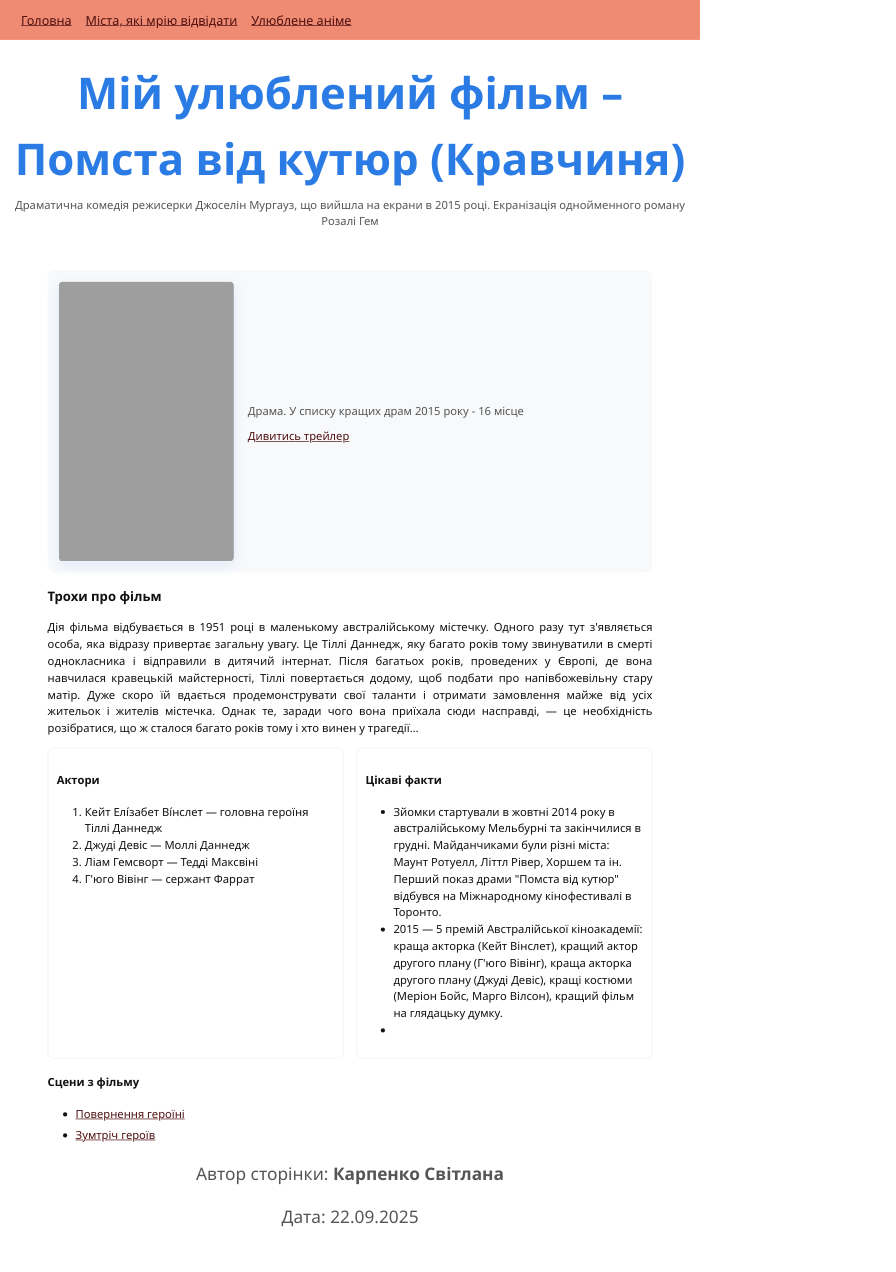
Repository: alexandrastarovoyda-star/homework_info
Page: Mainpr/pr5/html/anime.html
The author's editor kept a copy of each file at every save. The page is drawn from the files as they stood at one save, then again after the next save.
The browser window is 1280 px wide. The pictures show the part of the page from y = 0 to 1920 px (the page is 1817 px tall before and 2844 px after), at 70% of full size.
Pictures or frames that could not be fetched are drawn as grey boxes.

Above is the page before, as saved 2026-04-01 14:12:32.

### Mainpr/pr5/html/anime.html
<!DOCTYPE html>
<html lang="uk">
<head>
  <meta charset="utf-8">
  <meta name="viewport" content="width=device-width,initial-scale=1">
  <title>Мій улюблений фільм — Моя сторінка</title>
  <link rel="stylesheet" href="../css/anime.css">
  <link rel="stylesheet" href="../css/all.css">
  <style type="text/css">
    body {
      width: 1000px;
      font-size: 16px;
    }
	</style>
</head>
<body>
    <div id="navbar"></div>
  <header class="site-header">
    <h1>Мій улюблений фільм – Помста від кутюр (Кравчиня)</h1>
    <p class="subtitle">Драматична комедія режисерки Джоселін Мургауз, що вийшла на екрани в 2015 році. Екранізація однойменного роману Розалі Гем</p>
  </header>

  <main class="container">
    <section class="hero">
      <img src="https://upload.wikimedia.org/wikipedia/uk/f/fa/The_Dressmaker_film_poster.jpg" alt="Постер фільму" class="poster">
      <div class="meta">
       <p class="tagline"> Драма. У списку кращих драм 2015 року - 16 місце </p>
       <a href="https://www.youtube.com/watch?v=mZytWngIwwk" target="_blank" rel="noopener">Дивитись трейлер</a>
      </div>
    </section>
    <section class="about">
      <h3>Трохи про фільм</h3>
      <p align= 'justify'>Дія фільма відбувається в 1951 році в маленькому австралійському містечку. Одного разу тут з'являється особа, яка відразу привертає загальну увагу.
	  Це Тіллі Даннедж, яку багато років тому звинуватили в смерті однокласника і відправили в дитячий інтернат.
	  Після багатьох років, проведених у Європі, де вона навчилася кравецькій майстерності, Тіллі повертається додому, щоб подбати про напівбожевільну стару матір.
	  Дуже скоро їй вдається продемонструвати свої таланти і отримати замовлення майже від усіх жительок і жителів містечка.
	  Однак те, заради чого вона приїхала сюди насправді, — це необхідність розібратися, що ж сталося багато років тому і хто винен у трагедії…</p>
    </section>
    <section class="casts-links">
      <div class="casts">
        <h4>Актори</h4>
        <ol>
          <li>Кейт Елі́забет Ві́нслет — головна героїня Тіллі Даннедж </li>
		  <li>Джуді Девіс — Моллі Даннедж</li>
          <li>Ліам Гемсворт — Тедді Максвіні</li>
          <li>Г'юго Вівінг — сержант Фаррат</li>
        </ol>
      </div>
      <div class="facts">
        <h4>Цікаві факти</h4>
        <ul>
          <li>Зйомки стартували в жовтні 2014 року в австралійському Мельбурні та закінчилися в грудні. Майданчиками були різні міста: Маунт Ротуелл, Літтл Рівер, Хоршем та ін. Перший показ драми "Помста від кутюр" відбувся на Міжнародному кінофестивалі в Торонто.</li>
          <li>2015 — 5 премій Австралійської кіноакадемії: краща акторка (Кейт Вінслет), кращий актор другого плану (Г'юго Вівінг), краща акторка другого плану (Джуді Девіс), кращі костюми (Меріон Бойс, Марго Вілсон), кращий фільм на глядацьку думку. </li>
          <li></li>
        </ul>
      </div>
    </section>
    <section class="scenes">
      <h4>Сцени з фільму</h4>
      <ul class="scene-list">
        <li><a href="https://images.kinorium.com/movie/shot/703172/w1500_49369877.jpg" target="_blank">Повернення героїні</a></li>
        <li><a href="https://images.kinorium.com/movie/shot/703172/w1500_1266344.jpg" target="_blank">Зумтріч героїв</a></li>
          </ul>
    </section>
    <footer class="page-footer">
      <p>Автор сторінки: <strong> Карпенко Світлана </strong></p>
      <p>Дата: <time datetime="2025-10-22">22.09.2025</time></p>
    </footer>
  </main>
  <script src="../js/navbar2.js"></script>
</body>
</html>

### Mainpr/pr5/css/anime.css

:root{
  --bg:#ffffff;
  --accent:#2b7be4;
  --text:#111;
  --muted:#555;
  --card:#f8f9fb;
  --maxw:900px;
  --radius:10px;
  font-size:26px;
  font-family: "Segoe UI", Roboto, Arial, sans-serif;
}
*{box-sizing:border-box}
body{
  margin:0;
  background:var(--bg);
  color:var(--text);
  line-height:1.5;
  -webkit-font-smoothing:antialiased;
}
.container{
  max-width:var(--maxw);
  margin:18px auto;
  padding:18px;
}
.site-header{
  text-align:center;
  padding:28px 12px 6px;
}
.site-header h1{
  margin:0;
  color:var(--accent);
  font-size:2.4rem;
}
.subtitle{
  margin:8px 0 0;
  color:var(--muted);
}

.hero{
  display:flex;
  gap:20px;
  align-items:center;
  background:var(--card);
  padding:16px;
  border-radius:var(--radius);
  margin:16px 0;
  flex-wrap:wrap;
}
.poster{
  width:250px;
  height:400px;
  object-fit:cover;
  border-radius:6px;
  box-shadow:0 6px 18px rgba(43,123,228,0.12);
}
.meta{
  flex:1;
  min-width:220px;
}
.meta h2{
  margin:0 0 6px;
  font-size:1.2rem;
}
.meta span{color:var(--accent)}
.tagline{color:var(--muted); margin:6px 0 12px}
.btn{
  display:inline-block;
  padding:10px 14px;
  background:var(--accent);
  color:#fff;
  text-decoration:none;
  border-radius:8px;
  font-weight:600;
}

.about, .casts-links, .scenes{
  margin:16px 0;
}
.casts-links{
  display:flex;
  gap:18px;
  flex-wrap:wrap;
}
.casts, .facts{
  flex:1;
  min-width:230px;
  background:#fff;
  padding:12px;
  border-radius:8px;
  border:1px solid #eee;
}
.scene-list li{margin:6px 0}
.page-footer{
  text-align:center;
  margin-top:20px;
  color:var(--muted);
  font-size:0.95rem;
}

/* Адаптив */
@media (max-width:680px){
  .hero{flex-direction:column; align-items:center}
  .poster{width:160px; height:230px}
  .container{padding:12px}
}

### Mainpr/pr5/css/all.css
.navbar {
    display: flex;
    gap: 20px;
    background-color: rgba(238, 128, 101, 0.911);;
    padding: 15px 30px;
}

.navbar a {
    font-size: 18px;
}
a {
    color: rgb(80, 17, 17);
}
a:hover {
    color: brown;
}

### Mainpr/pr5/js/navbar2.js
const nav = document.createElement('nav');
nav.className = 'navbar';

const links = [
    { text: 'Головна', href: '../index.html' },
    { text: 'Міста, які мрію відвідати', href: 'city.html' },
    { text: 'Улюблене аніме', href: 'anime.html' }
];

links.forEach(link => {
    const a = document.createElement('a');
    a.textContent = link.text;
    a.href = link.href;
    nav.appendChild(a);
});

document.getElementById('navbar').appendChild(nav);

After the next save:
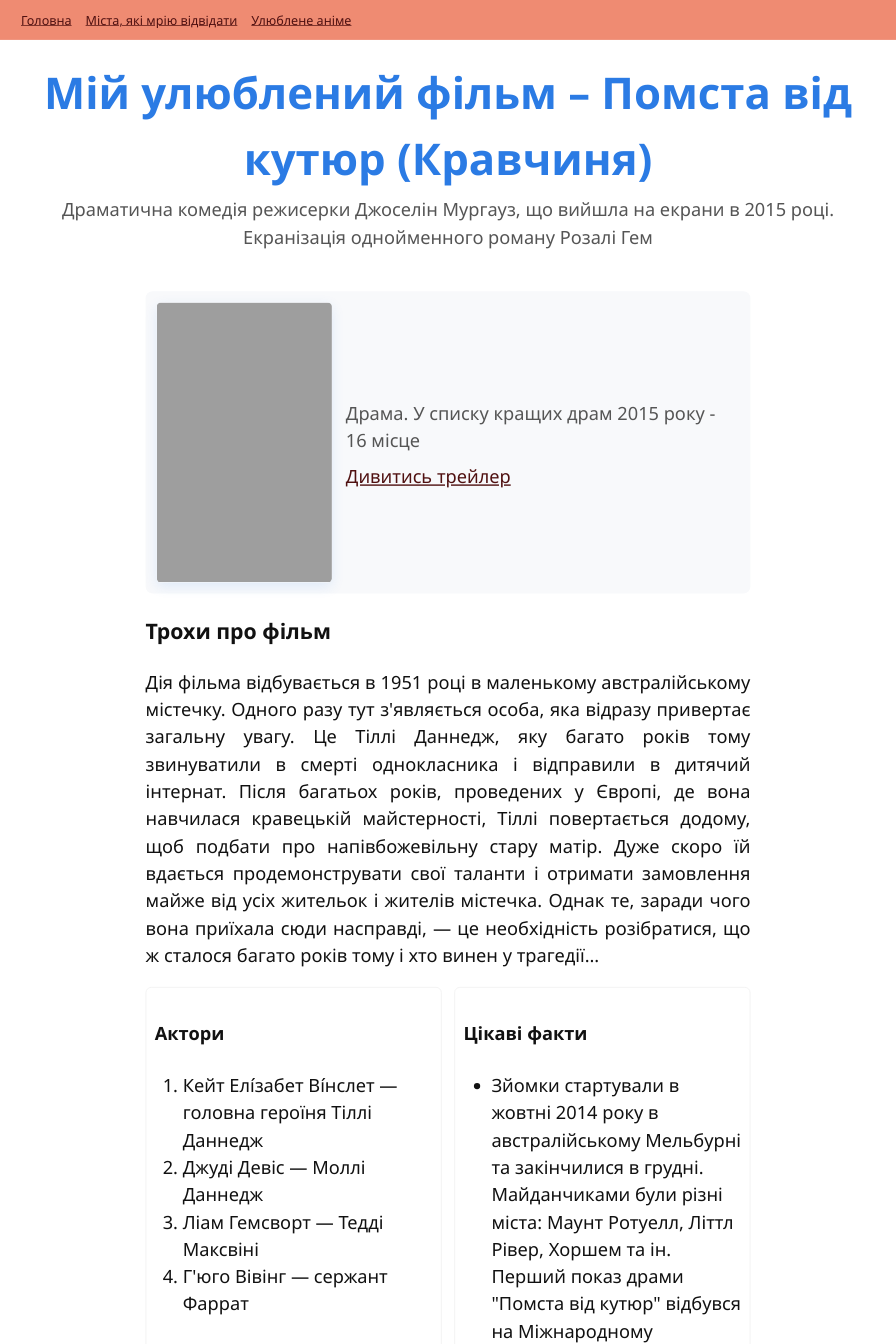
Saved 30 s later.
--- a/Mainpr/pr5/html/anime.html
+++ b/Mainpr/pr5/html/anime.html
@@ -6,12 +6,6 @@
   <title>Мій улюблений фільм — Моя сторінка</title>
   <link rel="stylesheet" href="../css/anime.css">
   <link rel="stylesheet" href="../css/all.css">
-  <style type="text/css">
-    body {
-      width: 1000px;
-      font-size: 16px;
-    }
-	</style>
 </head>
 <body>
     <div id="navbar"></div>

After the save that followed:
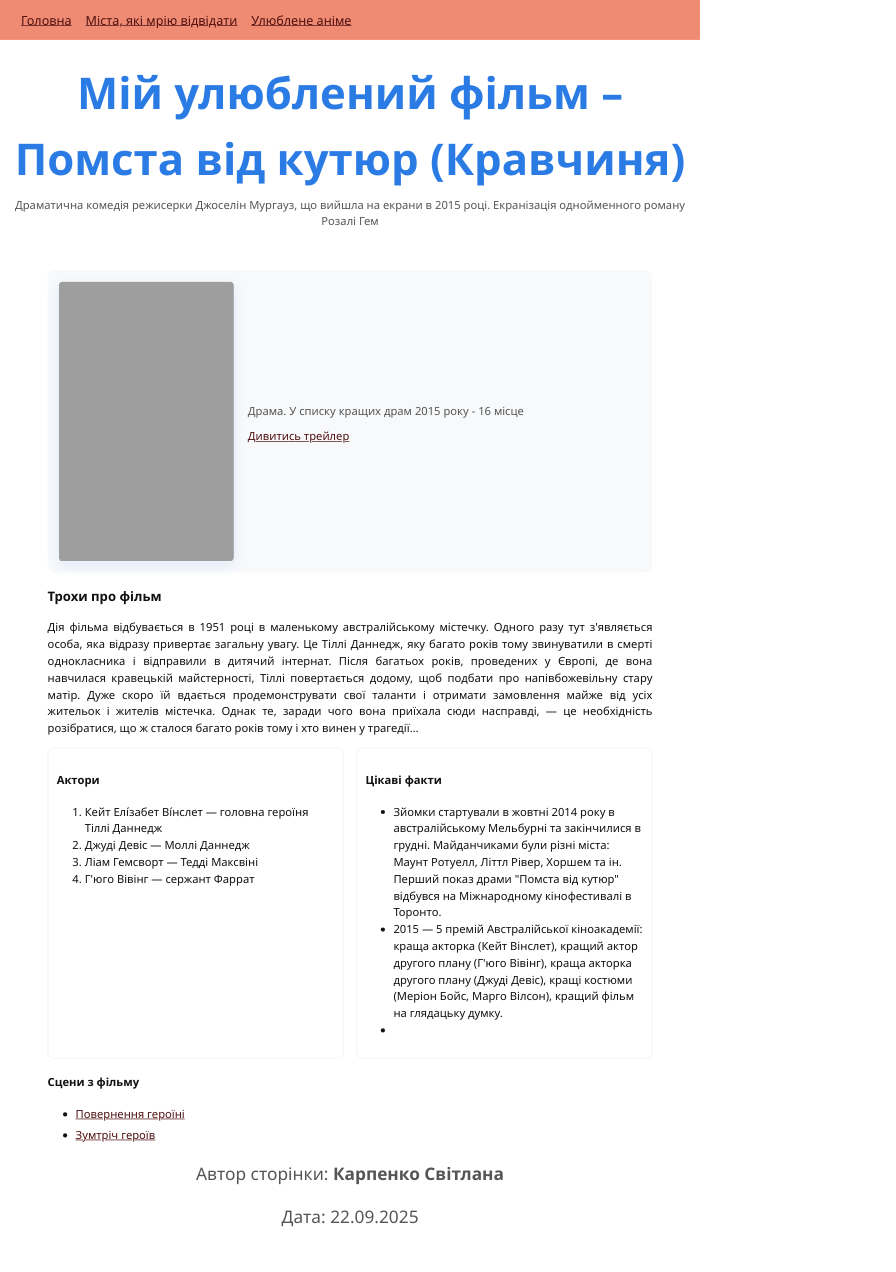
Saved 54 s later.
--- a/Mainpr/pr5/html/anime.html
+++ b/Mainpr/pr5/html/anime.html
@@ -6,6 +6,12 @@
   <title>Мій улюблений фільм — Моя сторінка</title>
   <link rel="stylesheet" href="../css/anime.css">
   <link rel="stylesheet" href="../css/all.css">
+  <style type="text/css">
+    body {
+      width: 1000px;
+      font-size: 16px;
+    }
+	</style>
 </head>
 <body>
     <div id="navbar"></div>
